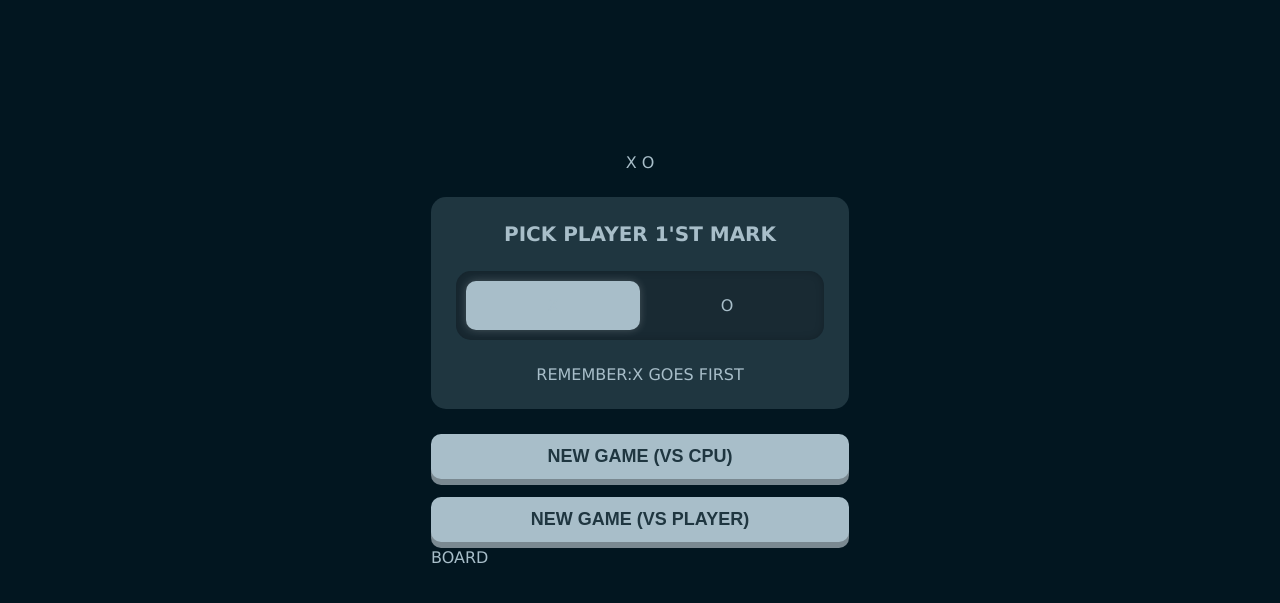
Repository: SD-Mdouka/XO_GAME
Page: /
These files come from the project's save history. The page is drawn as it stood at one moment and after the next save; the edit follows.
The browser window is 1280 px wide. The pictures show the whole page.
The project was rebuilt for these pictures with package versions that can differ from the ones it lists, and the page was loaded fresh each time.

Above is the page before, as saved 2022-08-29 14:37:00.

### src/index.css
* {
    padding: 0;
    margin: 0;
    box-sizing: border-box;
}

:root {
    --color-bg-dark: #192a33;
    --color-bg-light: #1f3640;
    --color-gray: #a8bec9;
    --color-gray-dark: #7a8991;
    --color-yellow: #f2b238;
    --color-yellow-dark: #cd8d16;
    --color-blue: #30c4be;
    --color-blue-dark: #128c89;
}

html {
    font-family: "Lucida Sans", "Lucida Sans Regular", "Lucida Grande", "Lucida Sans Unicode", Geneva, Verdana, sans-serif;
    text-transform: uppercase;
    font-size: 16px;
}

body {
    background-color: var(--color-bg-dark);
    color: var(--color-gray);
}

.App {
    background-color: #021620;
    min-height: 100vh;
    display: flex;
    align-items: center;
    justify-content: center;
}

.container {
    max-width: 450px;
    width: 100%;
    margin-inline: auto;
    padding: 2rem 1rem;
}


/*utilites*/

.card {
    padding: 25px;
    display: flex;
    flex-direction: column;
    gap: 25px;
    border-radius: 15px;
    background-color: var(--color-bg-light);
    -webkit-border-radius: 15px;
    -moz-border-radius: 15px;
    -ms-border-radius: 15px;
    -o-border-radius: 15px;
    text-align: center;
}

.text-lg {
    font-size: 1.25rem;
}

.text-xl {
    font-size: 1.5rem;
}

.text-2xl {
    font-size: 1.725rem;
}

.text-light {
    color: var(--color-gray);
}

.text-blue {
    color: var(--color-blue);
}

.text-yellow {
    color: var(--color-yellow);
}

.btn {
    background-color: var(--color-gray);
    border: none;
    font-size: 1.125rem;
    font-weight: bold;
    padding: 12px 25px;
    text-transform: uppercase;
    cursor: pointer;
    border-radius: 10px;
    -webkit-border-radius: 10px;
    -moz-border-radius: 10px;
    -ms-border-radius: 10px;
    -o-border-radius: 10px;
    color: var(--color-bg-light);
    display: inline-block;
    box-shadow: 0 6px 0 var(--color-gray-dark);
    margin-bottom: 6px;
}


/* Sarte */

.start {
    display: flex;
    flex-direction: column;
    gap: 25px;
}

.start__header {
    display: flex;
    align-items: center;
    justify-content: center;
}

.start__players {
    background-color: var(--color-bg-dark);
    padding: 10px;
    border-radius: 15px;
    -webkit-border-radius: 15px;
    -moz-border-radius: 15px;
    -ms-border-radius: 15px;
    -o-border-radius: 15px;
    display: flex;
    align-items: center;
    box-shadow: inset 0 0 8px rgba(0, 0, 0, 0.2);
}

.start__players span {
    width: 50%;
    display: flex;
    align-items: center;
    justify-content: center;
    padding: 15px 10px;
    border-radius: 10px;
    -webkit-border-radius: 10px;
    -moz-border-radius: 10px;
    -ms-border-radius: 10px;
    -o-border-radius: 10px;
    cursor: pointer;
}

.start__players--active {
    background-color: var(--color-gray);
    box-shadow: 0 0 8px rgba(255, 255, 255, 0.2);
}

.start__btns {
    display: flex;
    flex-direction: column;
    gap: 12px;
}

### src/App.js
import Board from "./component/board/Board";
import Start from "./component/start/Start";

function App() {
  return (
    <div className="App">
      <div className="container">
        <Start />
        <Board />
      </div>
    </div>
  );
}

export default App;

### src/component/start/Start.js
import React from "react";

const Start = () => {
  return (
    <div className="start">
      <div className="start__header">x o</div>
      <div className="card shadow-gray">
        <h1 className="text-lg">Pick Player 1'st mark</h1>
        <div className="start__players">
          <span className="start__players--active">x</span>
          <span>o</span>
        </div>
        <p className="text-light">remember:x goes first</p>
      </div>
      <div className="start__btns">
        <button className="btn btn-yellow">new game (vs CPU)</button>
        <button className="btn btn-blue">new game (vs Player)</button>
      </div>
    </div>
  );
};

export default Start;

Loaded but not shown: public/index.html (common file); src/index.js (common file); src/component/board/Board.js (common file)

After the next save:
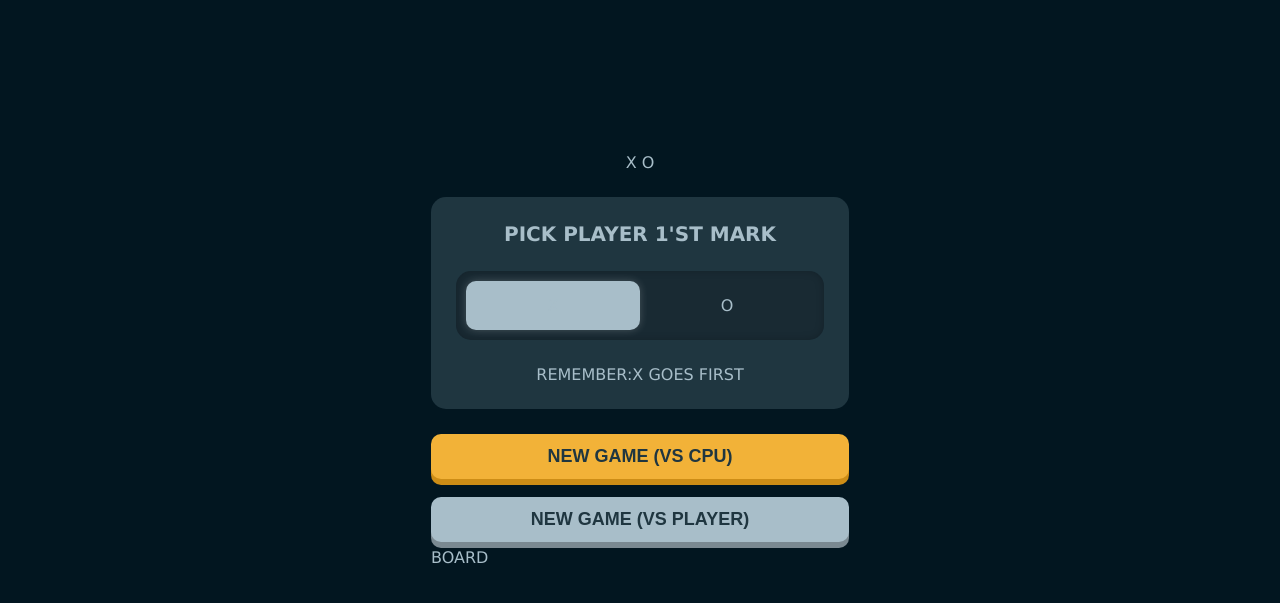
Saved 5 min 15 s later.
--- a/src/index.css
+++ b/src/index.css
@@ -13,6 +13,7 @@
     --color-yellow-dark: #cd8d16;
     --color-blue: #30c4be;
     --color-blue-dark: #128c89;
+    --shadow-y: 6px;
 }
 
 html {
@@ -99,6 +100,34 @@ body {
     display: inline-block;
     box-shadow: 0 6px 0 var(--color-gray-dark);
     margin-bottom: 6px;
+    transition: all 0.2s;
+    -webkit-transition: all 0.2s;
+    -moz-transition: all 0.2s;
+    -ms-transition: all 0.2s;
+    -o-transition: all 0.2s;
+}
+
+.btn:hover {
+    transform: translateY(-2px);
+    -webkit-transform: translateY(-2px);
+    -moz-transform: translateY(-2px);
+    -ms-transform: translateY(-2px);
+    -o-transform: translateY(-2px);
+    box-shadow: 0 8px 0 var(--color-gray-dark);
+}
+
+.btn:active {
+    transform: translateY(2px);
+    -webkit-transform: translateY(2px);
+    -moz-transform: translateY(2px);
+    -ms-transform: translateY(2px);
+    -o-transform: translateY(2px);
+    box-shadow: 0 4px 0 var(--color-gray-dark);
+}
+
+.btn-yellow {
+    background-color: var(--color-yellow);
+    box-shadow: 0 6px 0 var(--color-yellow-dark);
 }
 
 
